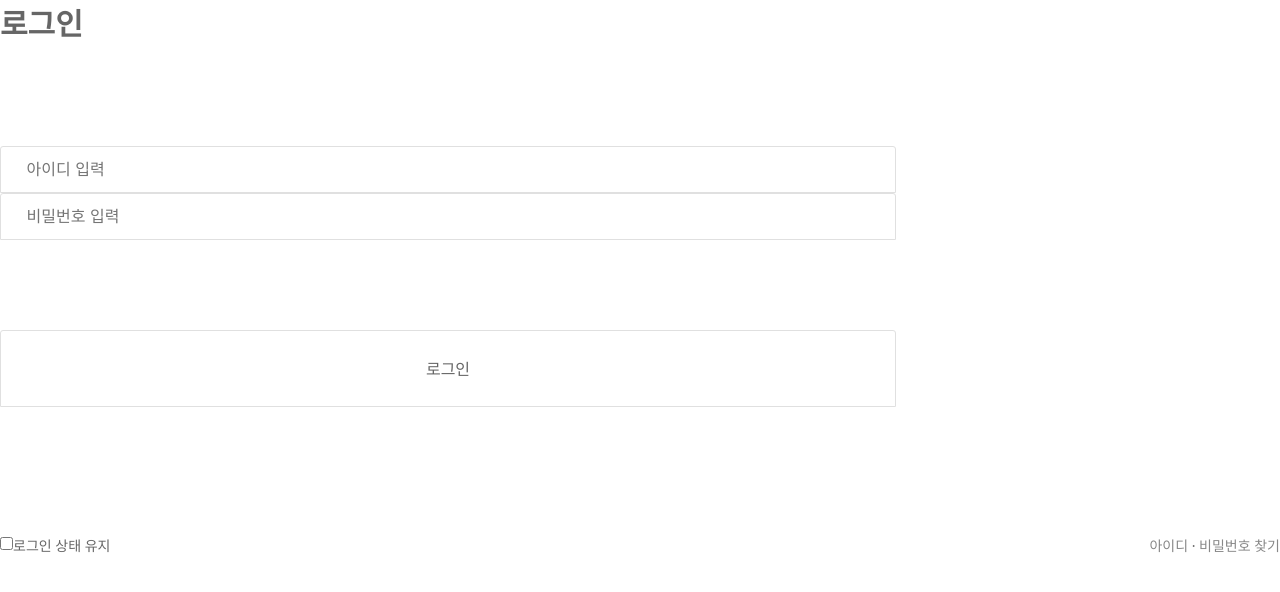
Repository: keepsus/gaebokchi
Page: http://localhost/uzuslime/member/memberLoginForm.jsp
The author's editor kept a copy of each file at every save. The page is drawn from the files as they stood at one save, then again after the next save.
The browser window is 1280 px wide. The pictures show the whole page.
Some web fonts or font styles are not loaded; a fallback is used. The page is served by Tomcat 9. Nobody is signed in. The application's start-up code is not run. Other server files are loaded and not shown.

Above is the page before, as saved 2021-02-01 06:39:33.

### uzuslime/src/main/webapp/member/memberLoginForm.jsp
<%@ page language="java" contentType="text/html; charset=UTF-8"
    pageEncoding="UTF-8"%>

<!DOCTYPE html>
<html lang="en">
<head>
    <meta charset="UTF-8">
    <meta name="viewport" content="width=device-width, initial-scale=1.0">
    <link rel="stylesheet" href="/slime/css/memberLoginForm.css">
    <link rel="preconnect" href="https://fonts.gstatic.com">
    <link href="https://fonts.googleapis.com/css2?family=Raleway:ital,wght@0,200;0,300;0,400;0,500;1,300;1,400&display=swap" rel="stylesheet">
    <title>Document</title>
</head>

<body>
    <div class="modal-header">
        <h2 class="login-header">로그인</h2>
    </div>

        <form action="" name="memberLoginForm" class="loginForm">
            <div class="box-login">
                <div class="input-text">
                    <input type="text" id="loginId" name="loginId" placeholder="아이디 입력">
                    <div id="loginIdDiv"></div>
                </div>

                <div class="input-text">
                    <input type="password" id="loginPwd" name="loginPwd" placeholder="비밀번호 입력">
                    <div id="loginPwdDiv"></div>
                </div>
            </div>

            <div>
                <input type="button" id="loginBtn" class="loginBtn" value="로그인">
            </div>

            <div class="login-append">
                <div class="inp-chk">
                    <input type="checkbox" id="keepLogin" class="inp-radio" name="keepLogin">
                    <span class="txt-lab">로그인 상태 유지</span>
                </div>
                <span>
                    <a href="" class="link-find">아이디</a>
                    ·
                    <a href="" class="link-find">비밀번호 찾기</a>
                </span>
            </div>
        </form>

        <script type="text/javascript" src="https://code.jquery.com/jquery-3.5.1.min.js"></script>	<!-- 위아래 순서가 바뀌면 안된다 -->
		<script type="text/javascript" src="/slime/js/member.js?ver=1"></script>	<!-- 위아래 순서가 바뀌면 안된다 -->

</body>
</html>

### uzuslime/src/main/webapp/css/memberLoginForm.css
@charset "UTF-8";
* {
    margin: 0px;
    padding: 0px;
    box-sizing: border-box;
}

html {
    background-color: #fff;
    color: rgba(85, 85, 85, 0.897);
    font-family: 'Raleway','Noto Sans Korean','Apple SD Gothic Neo', 'Malgun Gothic','Nanum Gothic', 'Noto Sans','sans-serif';
    font-weight: 300px;
    font-size: 20px;
    text-rendering: optimizeLegibility;
    /* 반응형 웹사이트를 만드려고 기준으로 두었다. 폰트사이즈를 20px을 기본으로 주면 다른 태그에서 %를 사용해서 변경해주면
    폰트 사이즈를 바꿔줄때마다 웹사이트의 폰트 사이즈가 자동으로 바뀔 것이다. */
}

.modal-header{
    margin-bottom: 8%;
}

.memberLoginForm{
    text-align: center;
}

.input-text input{
    width: 70%;
    padding: 1% 2%;
    line-height: 1.2;
    border-radius: 3px 3px 0 0;
    border: 1px solid #e0e0e0;
    font-size: 80%;
}

.loginBtn{
    background-color: #fff;
    color: rgba(85, 85, 85, 0.897);
    margin-top: 7%;
    width: 70%;
    border: 1px solid #e0e0e0;
    padding: 2% 0;
    text-decoration: none;
    cursor: pointer;
    font-size: 80%;
    border-radius: 3px 3px 0 0;
}

.loginBtn:hover{
    transition: 0.4s;
    background-color: rgba(78, 76, 76, 0.678);
    color: white;
}

.login-append{
    margin-top: 10%;
    box-sizing: border-box;
    font-size: 70%;
}

.inp-chk{
    display: inline-block;
    float: left;
}

.login-append span{
    float: right;
}

.login-append span a{
    text-decoration: none;
    border: 0;
    color: #888;
}

### uzuslime/src/main/webapp/js/member.js
//로그인
$('#loginBtn').click(function(){
	$('#loginIdDiv').empty();
	$('#loginPwdDiv').empty();

	if($('#loginId').val()==''){
		$('#loginIdDiv').text('아이디를 입력')
						.css('color','red')
						.css('font-size','8pt')
						.css('font-weight','bold');

	}else if($('#loginPwd').val()==''){
		$('#loginPwdDiv').text('비밀번호를 입력')
						 .css('color','red')
						 .css('font-size','8pt')
						 .css('font-weight','bold');
	}else{
		$.ajax({
			type : 'post',
			url: '/slime/member/login',
			data: {'member_id': $('#loginId').val(), 'pwpwpw': $('#loginPwd').val()},

			dataType: 'text',
			success: function(data){
				if(data == 'success'){
					location.href = '/slime/index.jsp';

				}else if(data == 'fail'){

					alert('잘못된 정보입니다. 다시 입력해주세요.');
				}
			},//success
			error: function(err){
				console.log(err);
			}//error

		});//ajax
	}//else
});//click

//회원가입
$('#writeBtn').click(function(){
	$('#nameDiv').empty();
	$('#idDiv').empty();
	$('#pwdDiv').empty();
	$('#repwdDiv').empty();
	$('#emailDiv').empty();
	var idReg = /^[A-za-z0-9]/g;
	//아이디 한글못넣게 하는 것
	//[영문 대문자 또는 소문자로 시작하는 아이디, 끝날때 제한 없음]

	//if($('#name').val()==''){ -> 방법 1
	//if($('input[id=member_name]').val()==''){ -> 방법 2
	//id 속성이용은 2가지 방법 모두 가능
	if($('input[id=member_name]').val()==''){
		$('#nameDiv').text('이름을 입력하세요');
		$('#nameDiv').css('color','red');
		$('#nameDiv').css('font-size','8pt');
		$('#nameDiv').css('font-weight','bold');

	}else if($('#member_id').val()==''){	//id 속성이용
		$('#idDiv').text('아이디를 입력하세요');
		$('#idDiv').css('color','red');
		$('#idDiv').css('font-size','8pt');
		$('#idDiv').css('font-weight','bold');

	}else if( !idReg.test( $("input[id=member_id]").val() ) ){
		$('#idDiv').text('아이디는 영문자로 시작하는 6~20자 영문자 또는 숫자이어야 합니다.');
		$('#idDiv').css('color','red');
		$('#idDiv').css('font-size','8pt');
		$('#idDiv').css('font-weight','bold');

	}else if($('input[name=member_pw]').val()==''){
		$('#pwdDiv').text('비밀번호를 입력하세요')
		$('#pwdDiv').css('color','red')
		$('#pwdDiv').css('font-size','8pt')
		$('#pwdDiv').css('font-weight','bold');

	}else if($('input[name=repw]').val() != $('input[name=member_pw]').val()){
		$('#repwdDiv').text('비밀번호가 맞지 않습니다')
		$('#repwdDiv').css('color','red')
		$('#repwdDiv').css('font-size','8pt')
		$('#repwdDiv').css('font-weight','bold');

	}else if($('#member_id').val() != $('#check').val()){
		$('#idDiv').text('중복체크 하세요')
		$('#idDiv').css('color','red')
		$('#idDiv').css('font-size','8pt')
		$('#idDiv').css('font-weight','bold');

	}else if($('input[name=email1]').val()==''||$('input[name=email2]').val()==''){
		$('#emailDiv').text('이메일을 입력하세요')
		$('#emailDiv').css('color','red')
		$('#emailDiv').css('font-size','8pt')
		$('#emailDiv').css('font-weight','bold');

	}else{
		$('form[name=memberWriteForm]').submit();
	}
});

//중복 아이디 체크
$('#member_id').focusout(function(){
	if($('#member_id').val()==''){
		$('#idDiv').text('먼저 아이디를 입력하세요')
		$('#idDiv').css('color','magenta')
		$('#idDiv').css('font-size','8pt')
		$('#idDiv').css('font-weight','bold');

	}else{
		$.ajax({
			type: 'post',
			url: '/slime/member/checkId',
			data: 'member_id='+$('#member_id').val(),
			dataType: 'text',
			success: function(data){
				if(data == 'exist'){
					$('#idDiv').text('사용 불가능')
					$('#idDiv').css('color','magenta')
					$('#idDiv').css('font-size','8pt')
					$('#idDiv').css('font-weight','bold');

				}else if(data == 'non_exist'){
					$('#check').val($('#member_id').val());

					$('#idDiv').text('사용 가능')
					$('#idDiv').css('color','blue')
					$('#idDiv').css('font-size','8pt')
					$('#idDiv').css('font-weight','bold');
				}
			}
		});
	}
});

//우편번호
$('#checkPostBtn').click(function(){
	window.open("/slime/member/memberCheckPost", "zipcode", "width=700 height=500 scrollbars=yes");
});

$('#checkPostSearchBtn').click(function(){
	$.ajax({
		type: 'post',
		url: '/slime/member/checkPostSearch',
		data: $('#memberCheckPostForm').serialize(),	//serialize : '변수=값&변수=값'
		dataType: 'json',
		success: function(data){
			//alert(JSON.stringify(data));

			$('#checkPostTable tr:gt(2)').remove();

			$.each(data.list, function(index, items){
				var address = items.sido+' '
							+ items.sigungu+' '
							+ items.yubmyundong+' '
							+ items.ri+' '
							+ items.roadname+' '
							+ items.buildingname;

				address = address.replace(/null/g, '');

				$('<tr/>').append($('<td/>',{
					align: 'center',
					text: items.zipcode

				})).append($('<td/>',{
					colspan: '3',
					}).append($('<a/>',{
						href: '#',
						id: 'addressA',
						text: address
					}))
				).appendTo($('#checkPostTable'));
			});//each

			$('a').click(function(){
				//alert($(this).prop('tagName'));
				//alert($(this).parent().prev().text());

				$('#postcode', opener.document).val($(this).parent().prev().text());
				$('#address', opener.document).val($(this).text());
				$('#detailAddress', opener.document).focus();
				window.close();
			});
		},
		error: function(err){
			console.log(err);
		}
	});
});

//회원정보수정
$('#modifyBtn').click(function(){
	$('#nameDiv').empty();
	$('#pwdDiv').empty();
	$('#repwdDiv').empty();

	if($('#member_name').val()==''){
		$('#nameDiv').text('이름을 입력하세요');
		$('#nameDiv').css('color','red');
		$('#nameDiv').css('font-size','8pt');
		$('#nameDiv').css('font-weight','bold');

	}else if($('input[name=member_pw]').val()==''){
		$('#pwdDiv').text('비밀번호를 입력하세요')
		$('#pwdDiv').css('color','red')
		$('#pwdDiv').css('font-size','8pt')
		$('#pwdDiv').css('font-weight','bold');

	}else if($('input[name=repw]').val() != $('input[name=member_pw]').val()){
		$('#repwdDiv').text('비밀번호가 맞지 않습니다')
		$('#repwdDiv').css('color','red')
		$('#repwdDiv').css('font-size','8pt')
		$('#repwdDiv').css('font-weight','bold');

	}else{
		$.ajax({
			type: 'post',
			url: '/slime/member/modify',
			data: $('#memberModifyForm').serialize(),	//serialize : '변수=값&변수=값'
			success: function(){
				alert('회원정보수정 완료');
				location.href='/slime/mypage/myPageOrder.jsp';
			},
			error: function(err){
				console.log(err);
			}
		});
	}
});

//아이디 찾기
$('#searchBtn').click(function(){
	$.ajax({
		type: 'post',
		url: '/slime/member/memberIdSearch',
		data: $('#memberSearch').serialize(),
		dataType: 'text',
		success: function(data){
			alert("회원님의 ID는 "+data+" 입니다");
			location.href='/slime/index.jsp';
		},
		error: function(err){
			alert("틀린 정보입니다. 다시 확인해주세요.")
			console.log(err);
		}
	});
});


//이메일 인증 보내기
$('#emailBtn').click(function(){
	$('#emailDiv').empty();
	if($('input[name=email1]').val()==''||$('input[name=email2]').val()==''){
		$('#emailDiv').text('이메일을 입력하세요');
		$('#emailDiv').css('color','red');
		$('#emailDiv').css('font-size','8pt');
		$('#emailDiv').css('font-weight','bold');

	}else{
		$.ajax({
			type: 'post',
			url: '/slime/member/sendEmail',
			data: 'e_mail='+$('#email1').val()+'@'+$('#email2').val(),
			dataType: 'json',
			success: function(data){
				$('#emailDiv').text('이메일이 발송되었습니다. 인증번호를 입력헤주세요');
				$('#emailDiv').css('color','red');
				$('#emailDiv').css('font-size','8pt');
				$('#emailDiv').css('font-weight','bold');
				console.log('이메일 data ='+ JSON.stringify(data));//data가 들어오는것인가?이상한게 찍힌다.
				$('#checkEmailR').val(data.dice);//받은 인증번호를 jsp에 있는 hidden 속성에 넣어주기
			},
			error: function(err){
				console.log(err);
			}
		});
	}

});


//이메일 인증번호 확인
$('#emailCheckBtn').click(function(){
	$('#emailDiv').empty();

	if($('input[id=checkEmail]').val()==''){
		$('#emailDiv').text('이메일 인증번호를 입력해주세요 ')
		$('#emailDiv').css('color','magenta')
		$('#emailDiv').css('font-size','8pt')
		$('#emailDiv').css('font-weight','bold');

	}else{
		if
		(document.getElementById('checkEmail').value == document.getElementById('checkEmailR').value){
			$('#emailDiv').text('인증되었습니다.')
			$('#emailDiv').css('color','magenta')
			$('#emailDiv').css('font-size','8pt')
			$('#emailDiv').css('font-weight','bold');
		}else if
		(document.getElementById('checkEmail').value != document.getElementById('checkEmailR').value){
			$('#emailDiv').text('인증번호가 맞지 않습니다.')
			$('#emailDiv').css('color','magenta')
			$('#emailDiv').css('font-size','8pt')
			$('#emailDiv').css('font-weight','bold');
		}
	}

});

After the next save:
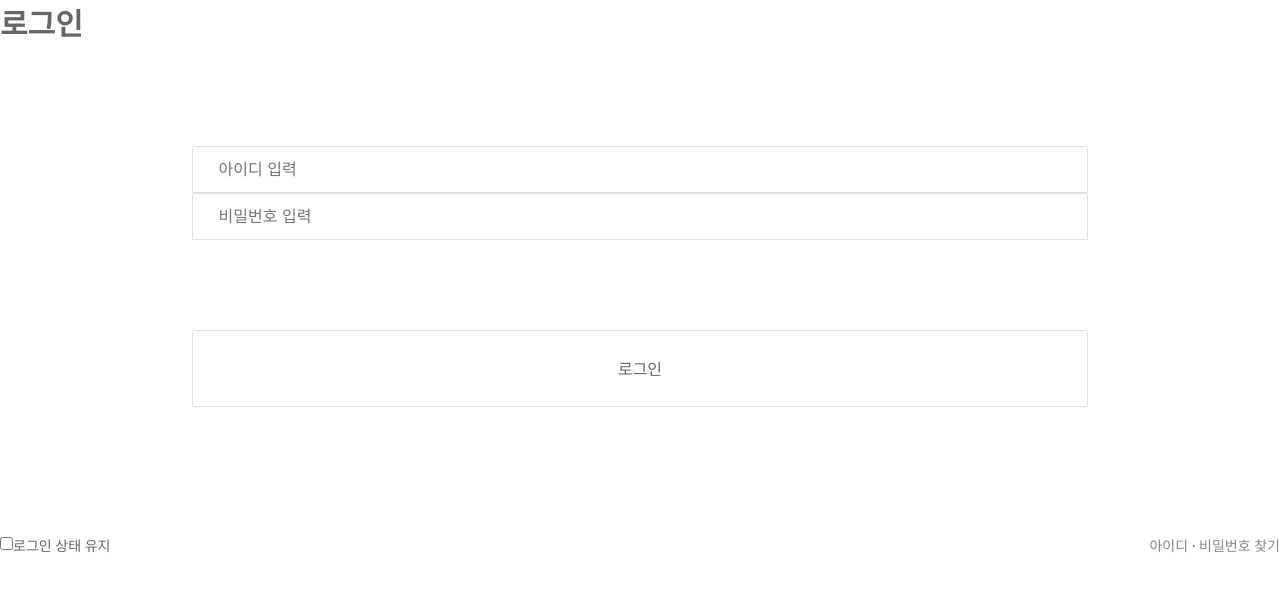
Saved 5 min 49 s later.
--- a/uzuslime/src/main/webapp/member/memberLoginForm.jsp
+++ b/uzuslime/src/main/webapp/member/memberLoginForm.jsp
@@ -16,7 +16,7 @@
     <div class="modal-header">
         <h2 class="login-header">로그인</h2>
     </div>
-
+		<div class="memberLoginForm">
         <form action="" name="memberLoginForm" class="loginForm">
             <div class="box-login">
                 <div class="input-text">
@@ -46,6 +46,7 @@
                 </span>
             </div>
         </form>
+        </div>
 
         <script type="text/javascript" src="https://code.jquery.com/jquery-3.5.1.min.js"></script>	<!-- 위아래 순서가 바뀌면 안된다 -->
 		<script type="text/javascript" src="/slime/js/member.js?ver=1"></script>	<!-- 위아래 순서가 바뀌면 안된다 -->
